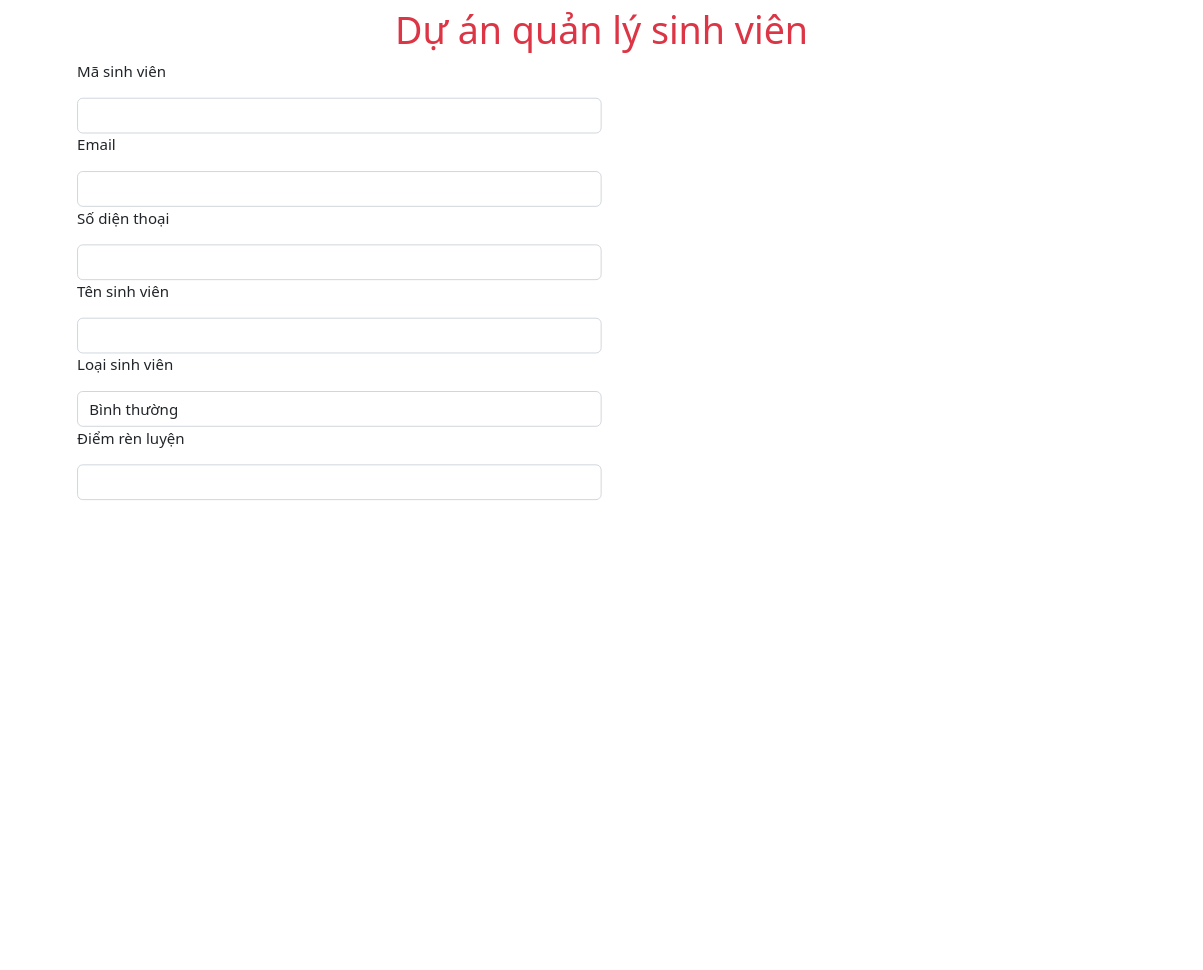
Repository: hcozyph/Cybersoft_JS_OOP
Page: index.html
An editor plug-in stored every save of this project. The page is shown before and after the next save, followed by the edit.
The browser window is 1280 px wide. The pictures show the whole page, at 94% of full size.

Above is the page before, as saved 2023-02-26 09:22:10.

After the next save:
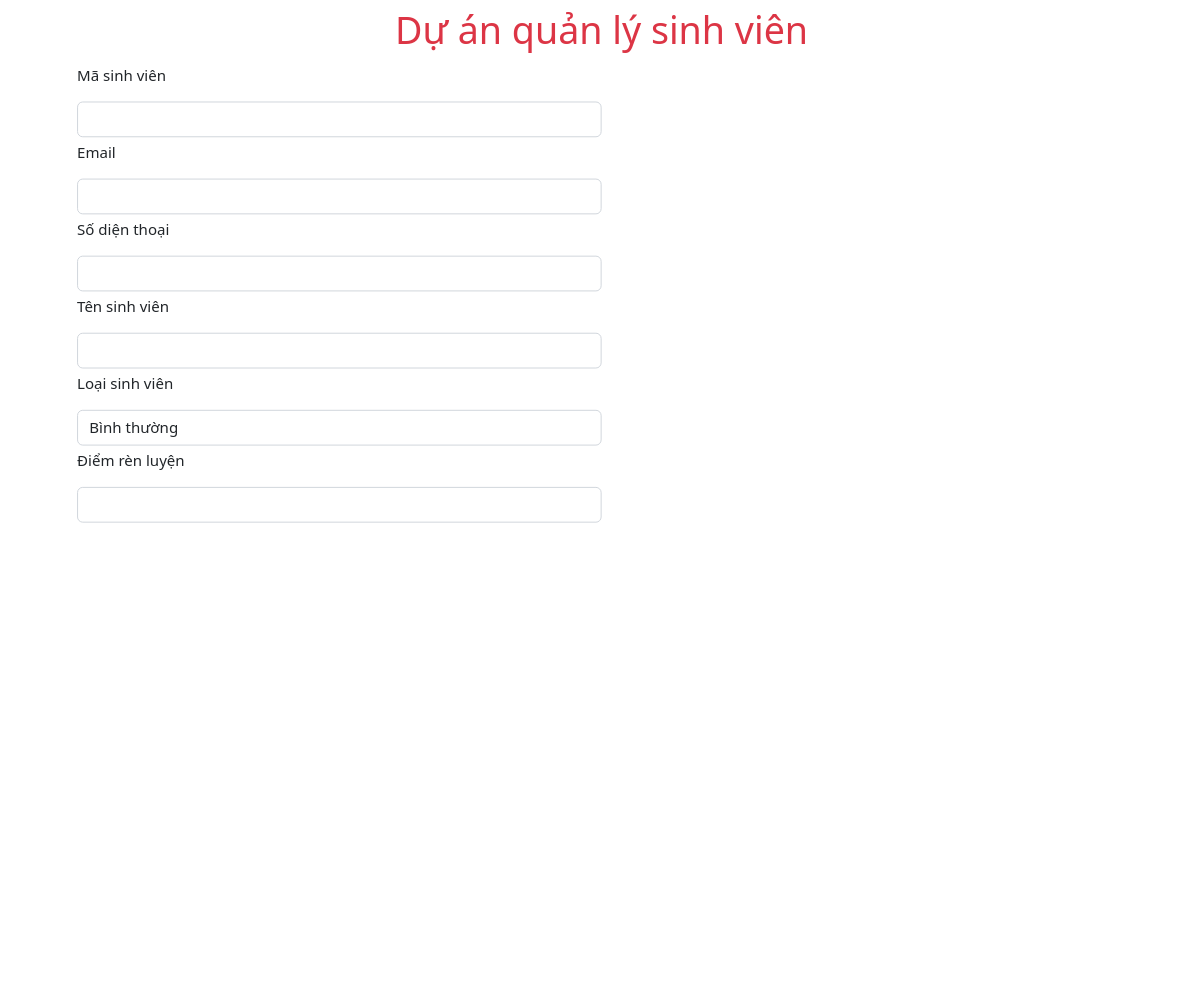
Saved 48 s later.
--- a/index.html
+++ b/index.html
@@ -32,29 +32,29 @@
             <div class="content">
                 <div class="row"></div>
                 <div class="col-md-6">
-                    <div class="form-group">
+                    <div class="form-group my-1">
                         <p>Mã sinh viên</p>
                         <input class="form-control" id="maSinhVien"></input>
                     </div>
 
-                    <div class="form-group">
+                    <div class="form-group my-1">
                         <p>Email</p>
                         <input class="form-control" id="email"></input>
                     </div>
 
-                    <div class="form-group">
+                    <div class="form-group my-1">
                         <p>Số diện thoại</p>
                         <input class="form-control" id="soDienThoai"></input>
                     </div>
                 </div>
 
                 <div class="col-md-6">
-                    <div class="form-group">
+                    <div class="form-group my-1">
                         <p>Tên sinh viên</p>
                         <input class="form-control" id="tenSinhVien"></input>
                     </div>
 
-                    <div class="form-group">
+                    <div class="form-group my-1">
                         <p>Loại sinh viên</p>
                         <select class="form-control" id="loaiSinhVien">
                             <option value="">Bình thường</option>
@@ -62,7 +62,7 @@
                         </select>
                     </div>
 
-                    <div class="form-group">
+                    <div class="form-group my-1">
                         <p>Điểm rèn luyện</p>
                         <input type="number" class="form-control" id="diemRenLuyen">
                     </div>
